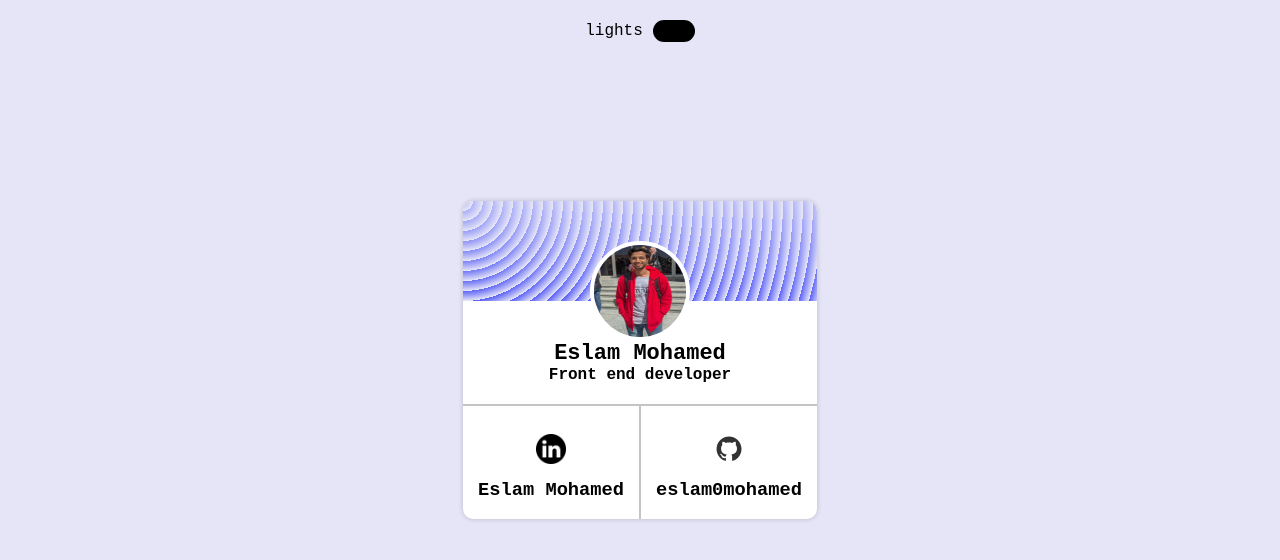
Repository: Eslam0Mohamed/profile-card-component
Page: index.html
The author's editor kept a copy of each file at every save. The page is drawn from the files as they stood at one save, then again after a run of saves.
The browser window is 1280 px wide. The pictures show the whole page.

Above is the page before, as saved 2024-07-25 19:15:39.

After the next 2 saves:
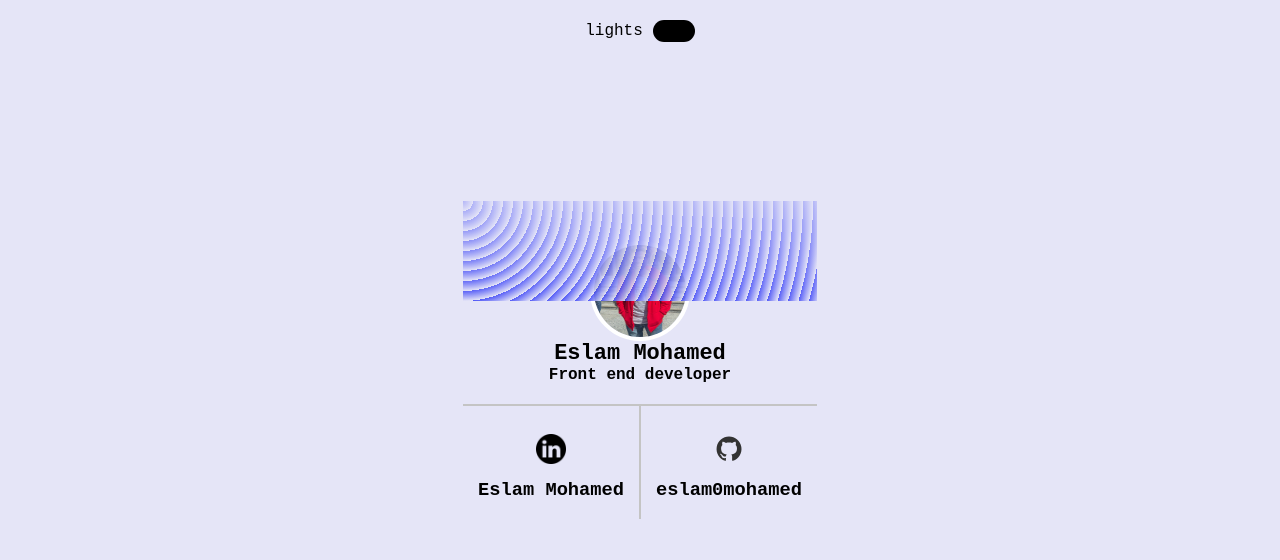
The 2 saves are shown as one change because they came seconds apart.
The last was saved 8 s later.
--- a/style.css
+++ b/style.css
@@ -71,7 +71,7 @@
     cursor: pointer;
     transition:background-color 0.3s  ;
 }
-
+.lights-label:
 .card {
     display: flex;
     flex-direction: column;

After the 2 saves that followed:
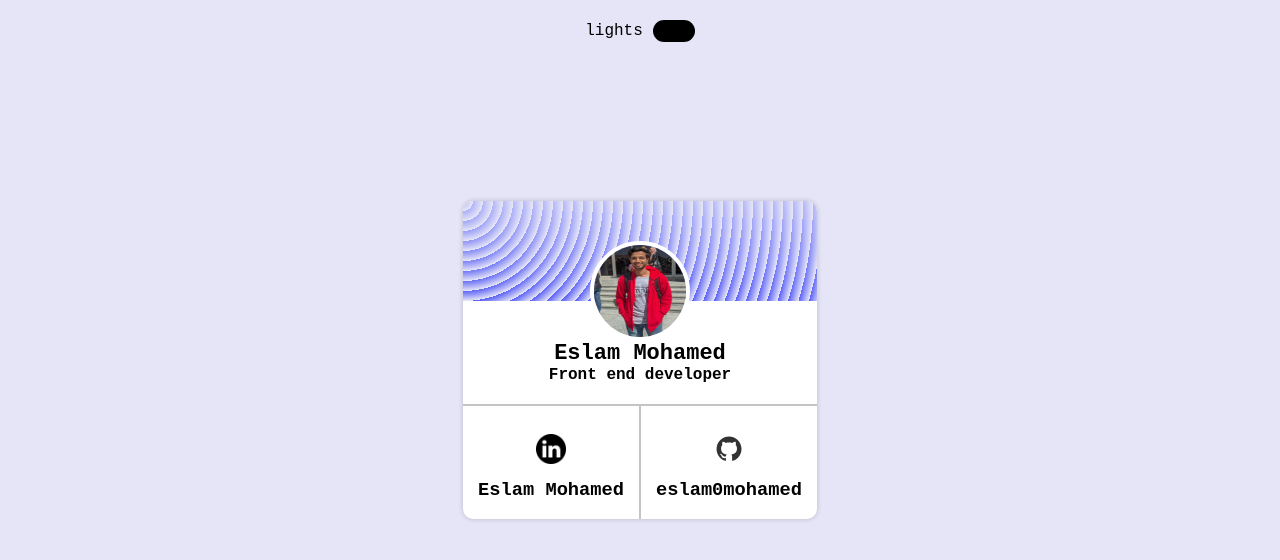
The 2 saves are shown as one change because they came seconds apart.
The last was saved 5 s later.
--- a/style.css
+++ b/style.css
@@ -71,7 +71,9 @@
     cursor: pointer;
     transition:background-color 0.3s  ;
 }
-.lights-label:
+.lights-label::after{
+
+}
 .card {
     display: flex;
     flex-direction: column;
